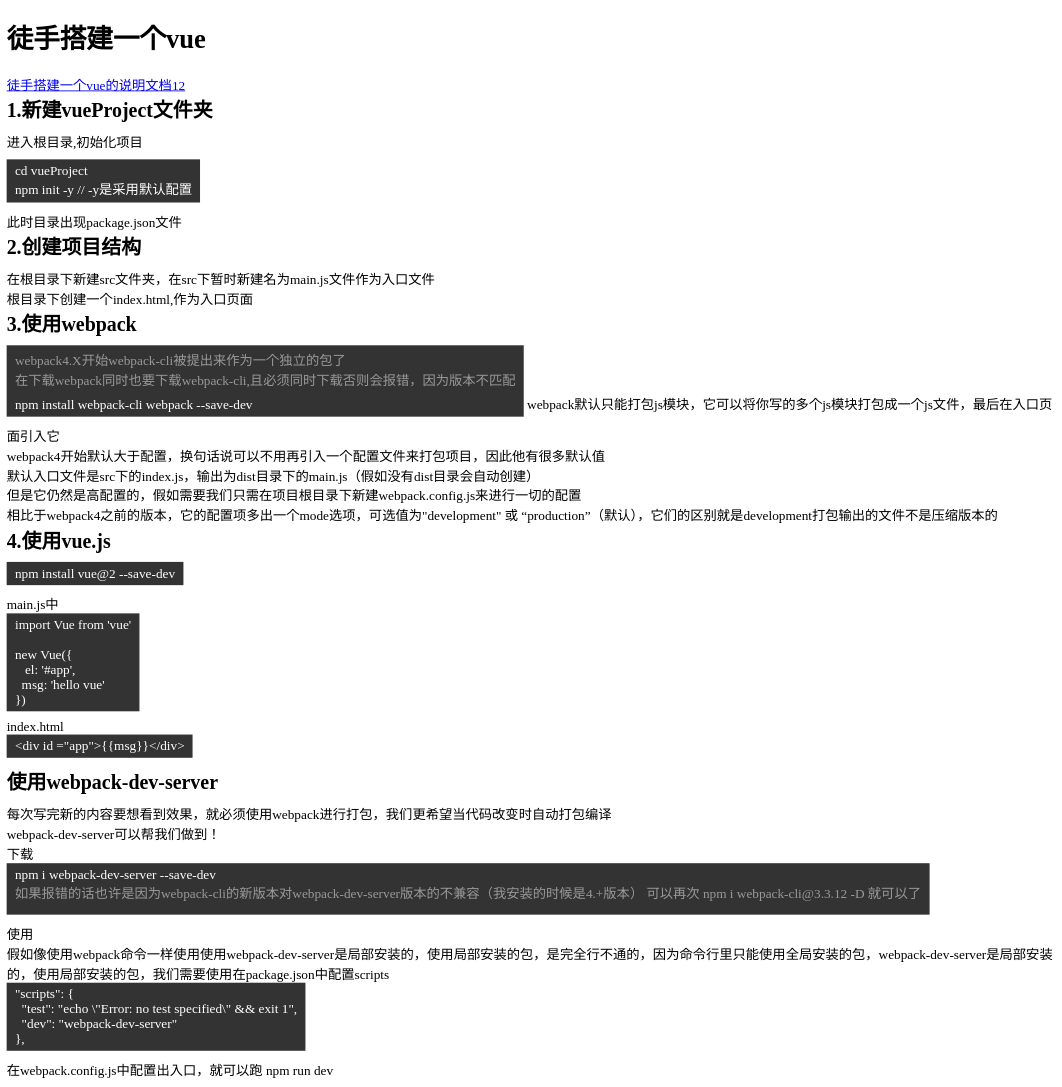
Repository: yuWhy/vue-build-cli
Page: /#/vueBuild
These files come from the project's save history. The page is drawn as it stood at one moment and after the next save; the edit follows.
The browser window is 1280 px wide. The pictures show the whole page, at 83% of full size.
The project was rebuilt for these pictures with package versions that can differ from the ones it lists, and the page was loaded fresh each time. Also part of the build but not shown: webpack.config.js, src/router/index.js.

Above is the page before, as saved 2021-02-19 17:00:35.

### index.html
<!DOCTYPE html>
<html lang="en">

<head>
  <meta charset="utf-8">
  <meta http-equiv="X-UA-Compatible" content="IE=edge">
  <meta name="viewport" content="width=device-width,initial-scale=1.0">
</head>

<body>
  <div id="app"></div>
</body>

</html>

### src/main.js
import Vue from 'vue'
import App from "./App.vue"
import router from './router/index.js'

new Vue({
  el: '#app',
  router,
  render: h => h(App)
})

### src/App.vue
<template>
  <div id="app">
    <h1>{{msg}}</h1>
    <router-link to="vueBuild">徒手搭建一个vue的说明文档</router-link>
    <router-link to="hello">1</router-link>
    <router-link to="login">2</router-link>
    <router-view></router-view>
  </div>
</template>

<script>
export default {
  name: 'App',
  data() {
    return {
      msg: '徒手搭建一个vue'
    }
  }
}
</script>

### src/components/vue-build.vue
<template>
  <div>
    <h2>1.新建vueProject文件夹</h2>
    <p>进入根目录,初始化项目</p>
    <div class="dimk">
      cd vueProject <br>
      npm init -y // -y是采用默认配置
    </div>
    <br>
    此时目录出现package.json文件
    <h2>2.创建项目结构</h2>
    在根目录下新建src文件夹，在src下暂时新建名为main.js文件作为入口文件<br>
    根目录下创建一个index.html,作为入口页面
    <h2>3.使用webpack</h2>
    <div class="dimk">
     <p class="hui"> webpack4.X开始webpack-cli被提出来作为一个独立的包了<br>
      在下载webpack同时也要下载webpack-cli,且必须同时下载否则会报错，因为版本不匹配<br></p>
      npm install webpack-cli webpack --save-dev<br>
    </div>
    webpack默认只能打包js模块，它可以将你写的多个js模块打包成一个js文件，最后在入口页面引入它<br>
    webpack4开始默认大于配置，换句话说可以不用再引入一个配置文件来打包项目，因此他有很多默认值<br>
    默认入口文件是src下的index.js，输出为dist目录下的main.js（假如没有dist目录会自动创建）<br>
    但是它仍然是高配置的，假如需要我们只需在项目根目录下新建webpack.config.js来进行一切的配置<br>
    相比于webpack4之前的版本，它的配置项多出一个mode选项，可选值为"development" 或 “production”（默认），它们的区别就是development打包输出的文件不是压缩版本的
    <h2>4.使用vue.js</h2>
    <div class="dimk">npm install vue@2 --save-dev</div><br>
    main.js中<br>
    <div class="dimk">
      import Vue from 'vue'<br><br>
      new Vue({<br>
          &nbsp;&nbsp; el: '#app',<br>
          &nbsp;&nbsp;msg: 'hello vue'<br>
      })<br>
    </div><br>
    index.html<br>
    <div class="dimk">{{t1}}</div><br>
    <h2>使用webpack-dev-server</h2>
    每次写完新的内容要想看到效果，就必须使用webpack进行打包，我们更希望当代码改变时自动打包编译<br>
    webpack-dev-server可以帮我们做到！<br>
    下载<br>
    <div class="dimk">npm i webpack-dev-server --save-dev
      <p class="hui">如果报错的话也许是因为webpack-cli的新版本对webpack-dev-server版本的不兼容（我安装的时候是4.+版本）
  可以再次 npm i webpack-cli@3.3.12 -D 就可以了</p>
    </div><br>
    使用<br>
    假如像使用webpack命令一样使用使用webpack-dev-server是局部安装的，使用局部安装的包，是完全行不通的，因为命令行里只能使用全局安装的包，webpack-dev-server是局部安装的，使用局部安装的包，我们需要使用在package.json中配置scripts<br>
    <div class="dimk">
      "scripts": {<br>
      &nbsp;&nbsp;"test": "echo \"Error: no test specified\" && exit 1",<br>
      &nbsp;&nbsp;"dev": "webpack-dev-server"<br>
      },
    </div><br>
    在webpack.config.js中配置出入口，就可以跑 npm run dev

  </div>
</template>
<script>
export default {
  name: 'vueBuild',
  data() {
    return {
      t1: '<div id ="app">{{msg}}</div>'
    }
  }
}
</script>
<style scoped>
* {
  padding: 0;
  margin: 0;
  margin-bottom: 10px;
}
  .dimk {
    background: #333;
    color: #fff;
    padding: 5px 10px;
    display: inline-block;
  }
  .dimk .hui {
    color: #999;
  }
</style>

After the next save:
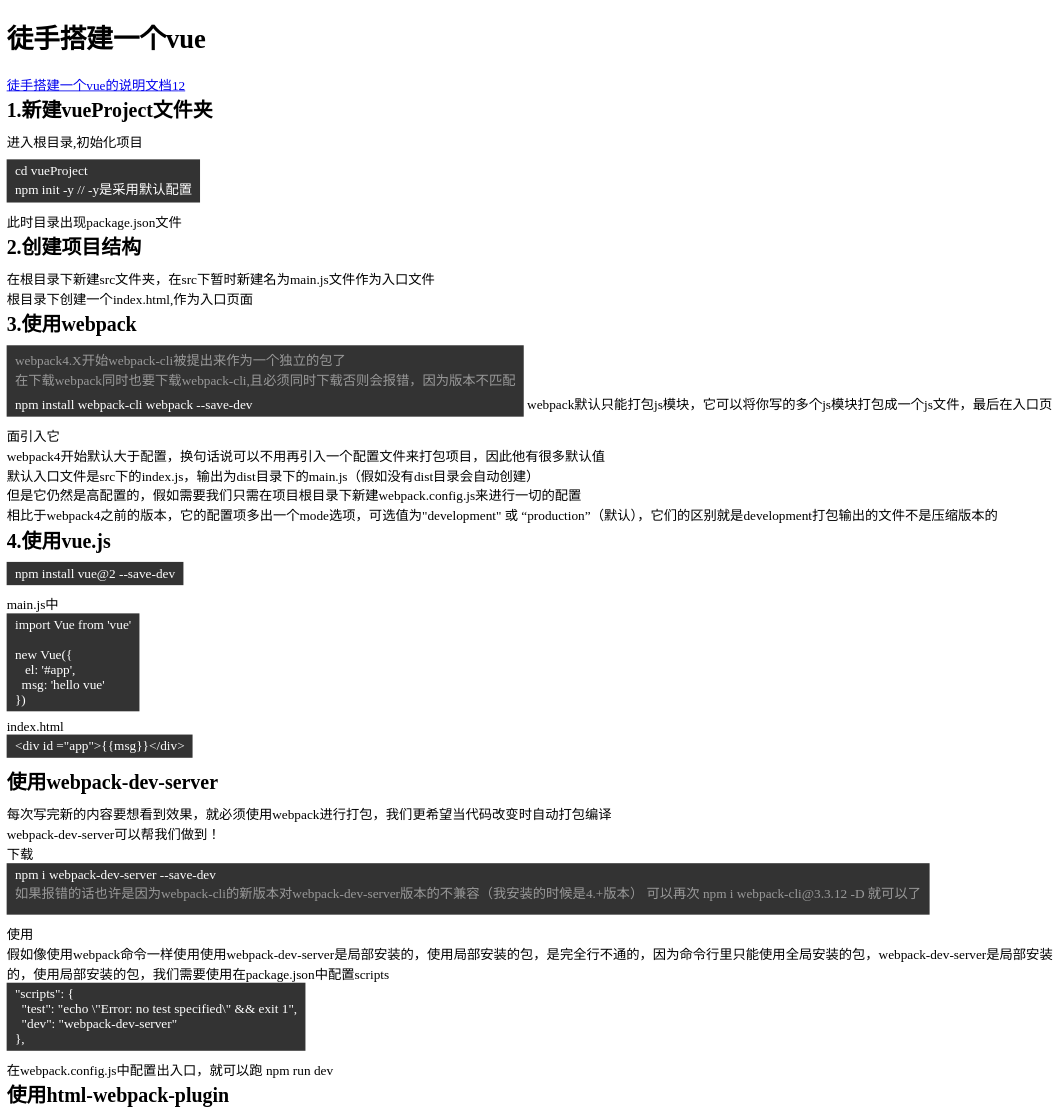
Saved 31 s later.
--- a/src/components/vue-build.vue
+++ b/src/components/vue-build.vue
@@ -50,7 +50,8 @@
       &nbsp;&nbsp;"dev": "webpack-dev-server"<br>
       },
     </div><br>
-    在webpack.config.js中配置出入口，就可以跑 npm run dev
+    在webpack.config.js中配置出入口，就可以跑 npm run dev<br>
+    <h2>使用html-webpack-plugin</h2>
 
   </div>
 </template>
